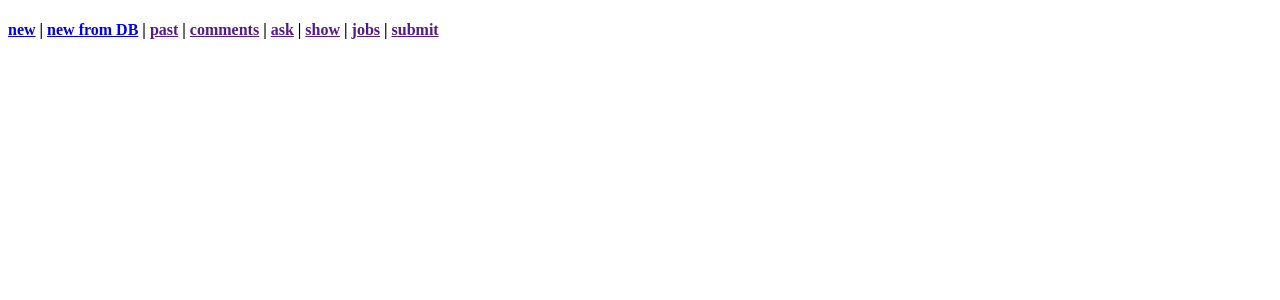
Repository: akshatmaheshwar/HackerNews-Clone
Page: http://localhost/HackerNews/dbnewest
These files come from the project's save history. The page is drawn as it stood at one moment and after the next save; the edit follows.
The browser window is 1280 px wide. The pictures show the whole page.
The page is served by Tomcat 10. Other server files are loaded and not shown. Queries for data that is not in the repository find no rows.

Above is the page before, as saved 2023-10-11 10:22:42.

### HackerNews/src/main/webapp/newest.jsp
<%@ page language="java" contentType="text/html; charset=ISO-8859-1"
    pageEncoding="ISO-8859-1"%>
    <%@ page import="java.util.ArrayList" %>
    <%@ page import="java.util.Iterator" %>
    <%@ page import="java.net.URI" %>
    <%@ page import="com.example.newest.Posts" %>
<!DOCTYPE html>
<html>
<head>
<meta charset="ISO-8859-1">
<title>Hacker News</title>
</head>
<body>
<%!
String timeDiff(Long timeStamp){
	long epoch = System.currentTimeMillis()/1000;
	long difference = epoch - timeStamp;
	if(difference/86400>0)return (difference/86400) + " days ago";
	if(difference/3600>0) return (difference/3600) + " hours ago";
	if (difference/60>0) return (difference/60) + " minutes ago";
	return (difference) + " seconds ago";
}
String getDomainName(String url){
	URI uri;
	try{
		uri = new URI(url);
		String host = uri.getHost();
		String domainName = host.startsWith("www.") ? host.substring(4) : host;
		return "(" + domainName + ")";
	}catch(Exception e){
		System.out.println(e);
	}
	return "";
}
%>
<h4> <a href ="newest">new</a>&nbsp;|&nbsp;<a href ="dbnewest">new from DB</a>&nbsp;|&nbsp;<a href ="">past</a>&nbsp;|&nbsp;<a href ="">comments</a>&nbsp;|&nbsp;<a href ="">ask</a>&nbsp;|&nbsp;<a href ="">show</a>&nbsp;|&nbsp;<a href ="">jobs</a>&nbsp;|&nbsp;<a href ="">submit</a></h4>
<% int startNo = 1;
if(request.getAttribute("pagination")!=null)startNo = (int)request.getAttribute("pagination")-29;%>
<ol start = <%=startNo%>>
     <%
    ArrayList<Posts> postList = (ArrayList<Posts>)request.getAttribute("postList");

    if (postList != null) {
        Iterator<Posts> iterator = postList.iterator();
        while (iterator.hasNext()) {
            Posts item = iterator.next();
%>
            <li><span><a href ="<%=item.getUrl()%>"><%= item.getTitle() %></a> <%= getDomainName(item.getUrl())%> </span>
            <p><%=item.getScore()%> point &nbsp; Posted by <%=item.getBy() %> &nbsp; <%= timeDiff(item.getTime()) %><%if(item.getKids()!=null){%> &nbsp; <%=item.getKids().size()%> comments<%}%></p></li>
<%
        }
    }
%>
</ol>
<%if(request.getAttribute("pagination")!=null&&postList!=null&&!postList.isEmpty()){%> <a href = "dbnewest?pagination=${pagination}"> More</a><%} %>
</body>
</html>

### HackerNews/src/main/java/com/example/newest/DBNewestServlet.java
package com.example.newest;

import jakarta.servlet.ServletException;
import jakarta.servlet.annotation.WebServlet;
import jakarta.servlet.http.HttpServlet;
import jakarta.servlet.http.HttpServletRequest;
import jakarta.servlet.http.HttpServletResponse;
import java.io.IOException;
import java.math.BigDecimal;
import java.net.URL;
import java.sql.Connection;
import java.sql.DriverManager;
import java.sql.PreparedStatement;
import java.sql.ResultSet;
import java.sql.SQLException;
import java.sql.Statement;
import java.sql.Timestamp;
import java.time.Instant;
import java.util.ArrayList;
import java.util.List;
import java.util.Scanner;

import javax.net.ssl.HttpsURLConnection;

import com.fasterxml.jackson.databind.ObjectMapper;
@WebServlet("/dbnewest")
public class DBNewestServlet extends HttpServlet {
	private static final long serialVersionUID = 1L;

    public DBNewestServlet() {
        super();
    }
	protected void doGet(HttpServletRequest request, HttpServletResponse response) throws ServletException, IOException {
		int pagination = 0;
		if(request.getParameter("pagination")!=null)pagination = Integer.parseInt(request.getParameter("pagination"));
	    try {
			Class.forName("com.mysql.cj.jdbc.Driver");
		} catch (ClassNotFoundException e) {
			e.printStackTrace();
		}
	    try(Connection con = DriverManager.getConnection("jdbc:mysql://localhost:3306/HackerNews","root","root")){
	    	Statement st = con.createStatement();
	    	ResultSet rs = st.executeQuery("SELECT * FROM HackerNewsPost ORDER BY time DESC LIMIT 30 OFFSET " + pagination );
	    	List<Posts> postList = new ArrayList<Posts>();
	    	while(rs.next()) {
	    		Posts post = new Posts();
	    		post.setId(rs.getInt("id"));
	    		post.setBy(rs.getString("posted_by"));
	    		post.setDescendants(rs.getInt("descendants"));
	    		post.setScore(rs.getInt("score"));
	    		post.setText(rs.getString("text"));
	    		post.setTime(rs.getLong("time"));
	    		post.setTitle(rs.getString("title"));
	    		post.setType(rs.getString("type"));
	    		post.setUrl(rs.getString("url"));
	    		postList.add(post);
	    	}
	    	request.setAttribute("postList", postList);
	    }catch(Exception e) {e.printStackTrace();}
	    request.setAttribute("pagination", pagination+30);
        request.getRequestDispatcher("/newest.jsp").forward(request, response);

	}

	protected void doPost(HttpServletRequest request, HttpServletResponse response) throws ServletException, IOException {
		URL urlObj = new URL("https://hacker-news.firebaseio.com/v0/newstories.json?print=pretty");
		HttpsURLConnection connection = (HttpsURLConnection) urlObj.openConnection();
		connection.setRequestMethod("GET");
		int responseCode = connection.getResponseCode();
		if(responseCode == HttpsURLConnection.HTTP_OK) {
			StringBuilder sb = new StringBuilder();
			Scanner sc = new Scanner(connection.getInputStream());
			while(sc.hasNext())sb.append(sc.nextLine());
			sc.close();
			ObjectMapper om = new ObjectMapper();
			@SuppressWarnings("unchecked")
			List<Integer> jsonArr = om.readValue(sb.toString(),List.class);
			List<Posts> postList = new ArrayList<Posts>();
			for(int i=0;i<30;i++) {
				URL urlObj1 = new URL("https://hacker-news.firebaseio.com/v0/item/"+jsonArr.get(i)+".json?print=pretty");
				HttpsURLConnection connection1 = (HttpsURLConnection) urlObj1.openConnection();
				connection1.setRequestMethod("GET");
				int responseCode1 = connection1.getResponseCode();
				if(responseCode1 == HttpsURLConnection.HTTP_OK) {
					StringBuilder sb1 = new StringBuilder();
					Scanner sc1 = new Scanner(connection1.getInputStream());
					while(sc1.hasNext())sb1.append(sc1.nextLine());
					sc1.close();
					ObjectMapper om1 = new ObjectMapper();
					try{
						Posts post = om1.readValue(sb1.toString(),Posts.class);
						postList.add(post);
					}catch(Exception e) {
						System.out.println(e);
					}
				}
			}
			try {
			    Class.forName("com.mysql.cj.jdbc.Driver");
			} catch (ClassNotFoundException e) {
			    e.printStackTrace();
			}
			try(Connection con = DriverManager.getConnection("jdbc:mysql://localhost:3306/HackerNews","root","root")){
				try(PreparedStatement pst = con.prepareStatement("INSERT IGNORE INTO HackerNewsPost(id,posted_by,descendants,score,text,time,title,type,url) values(?,?,?,?,?,?,?,?,?)")){
					for(Posts post : postList) {
						pst.setInt(1, post.getId());
						pst.setString(2, post.getBy());
						pst.setInt(3, post.getDescendants());
						pst.setInt(4, post.getScore());
						pst.setString(5, post.getText());
						pst.setBigDecimal(6, new BigDecimal(post.getTime()));
						pst.setString(7,post.getTitle());
						pst.setString(8, post.getType());
						pst.setString(9,post.getUrl());
						pst.executeUpdate();
					}
				}catch(Exception e) {e.printStackTrace();}
			}catch(Exception e) {e.printStackTrace();}
//			request.setAttribute("postList", postList);
//			request.getRequestDispatcher("/comments").forward(request, response);
		}
	}

}

After the next save:
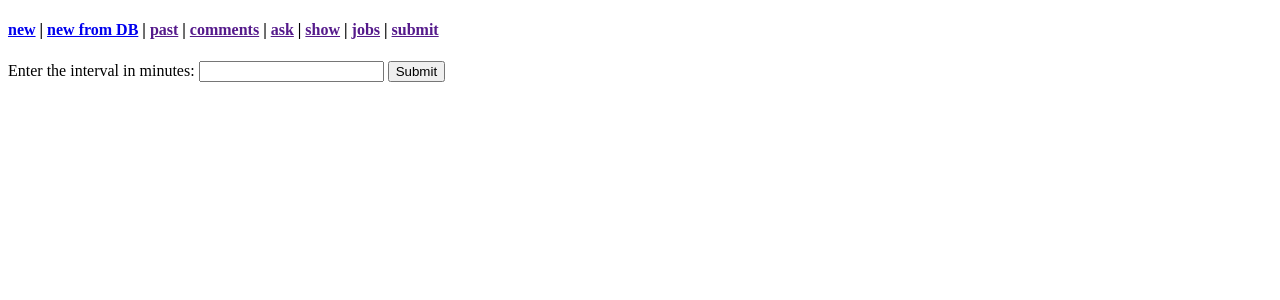
Saved 111 s later.
--- a/HackerNews/src/main/webapp/newest.jsp
+++ b/HackerNews/src/main/webapp/newest.jsp
@@ -36,6 +36,10 @@ String getDomainName(String url){
 <h4> <a href ="newest">new</a>&nbsp;|&nbsp;<a href ="dbnewest">new from DB</a>&nbsp;|&nbsp;<a href ="">past</a>&nbsp;|&nbsp;<a href ="">comments</a>&nbsp;|&nbsp;<a href ="">ask</a>&nbsp;|&nbsp;<a href ="">show</a>&nbsp;|&nbsp;<a href ="">jobs</a>&nbsp;|&nbsp;<a href ="">submit</a></h4>
 <% int startNo = 1;
 if(request.getAttribute("pagination")!=null)startNo = (int)request.getAttribute("pagination")-29;%>
+<form action="scheduledServlet" method="post">
+        Enter the interval in minutes: <input type="text" name="intervalMinutes" required>
+        <input type="submit" value="Submit">
+    </form>
 <ol start = <%=startNo%>>
      <%
     ArrayList<Posts> postList = (ArrayList<Posts>)request.getAttribute("postList");
